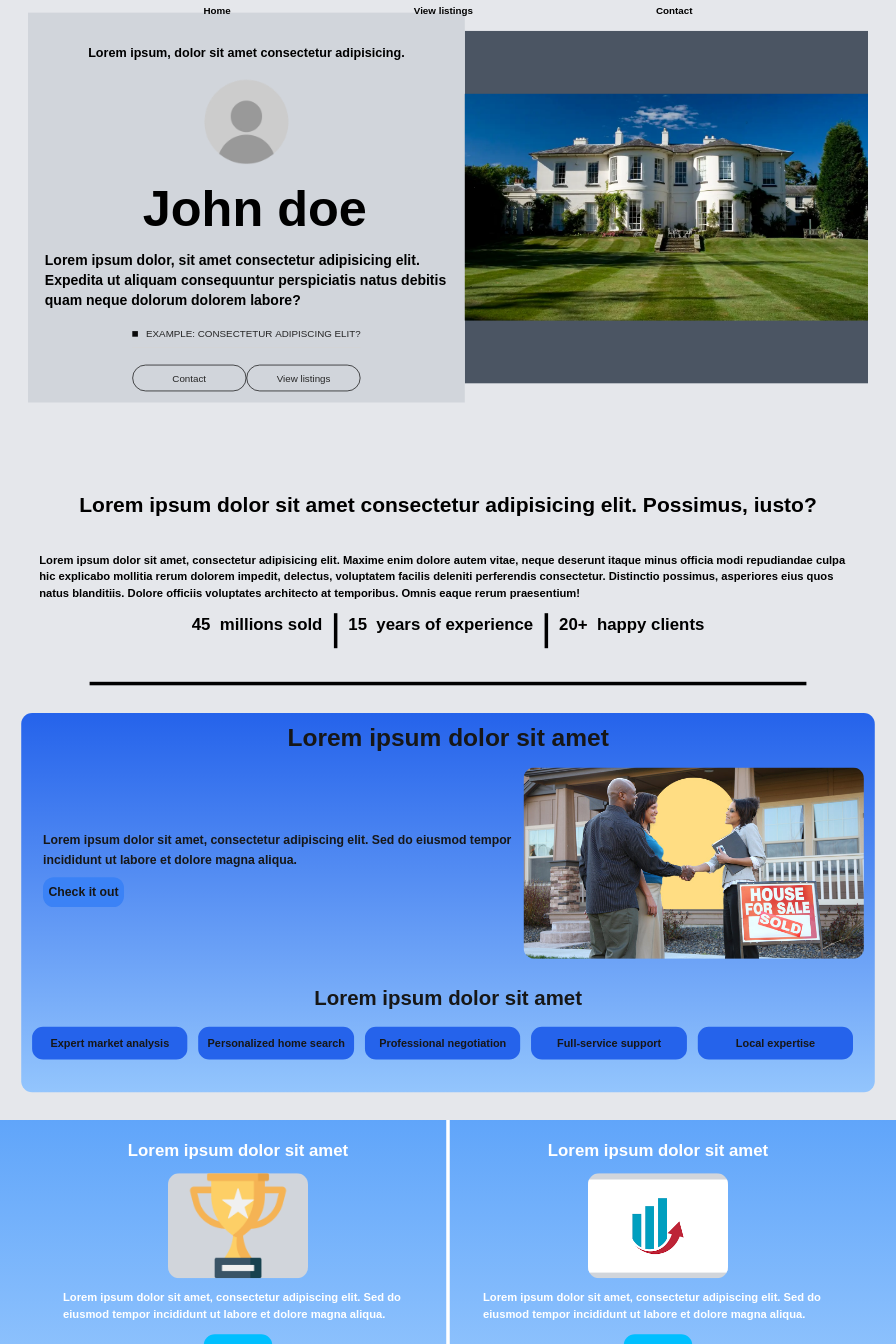
Repository: TMuse333/single-page-real-estate
Page: / (app in frontend/)
These files come from the project's save history. The page is drawn as it stood at one moment and after the next save; the edit follows.
The browser window is 1280 px wide. The pictures show the part of the page from y = 0 to 1920 px (the page is 6391 px tall), at 70% of full size.
The project was rebuilt for these pictures with package versions that can differ from the ones it lists, and the page was loaded fresh each time. The framework's server and built-in components were replaced by stand-ins that run in the browser. Also part of the build but not shown: frontend/next.config.mjs.

Above is the page before, as saved 2024-12-05 15:18:15.

After the next save:
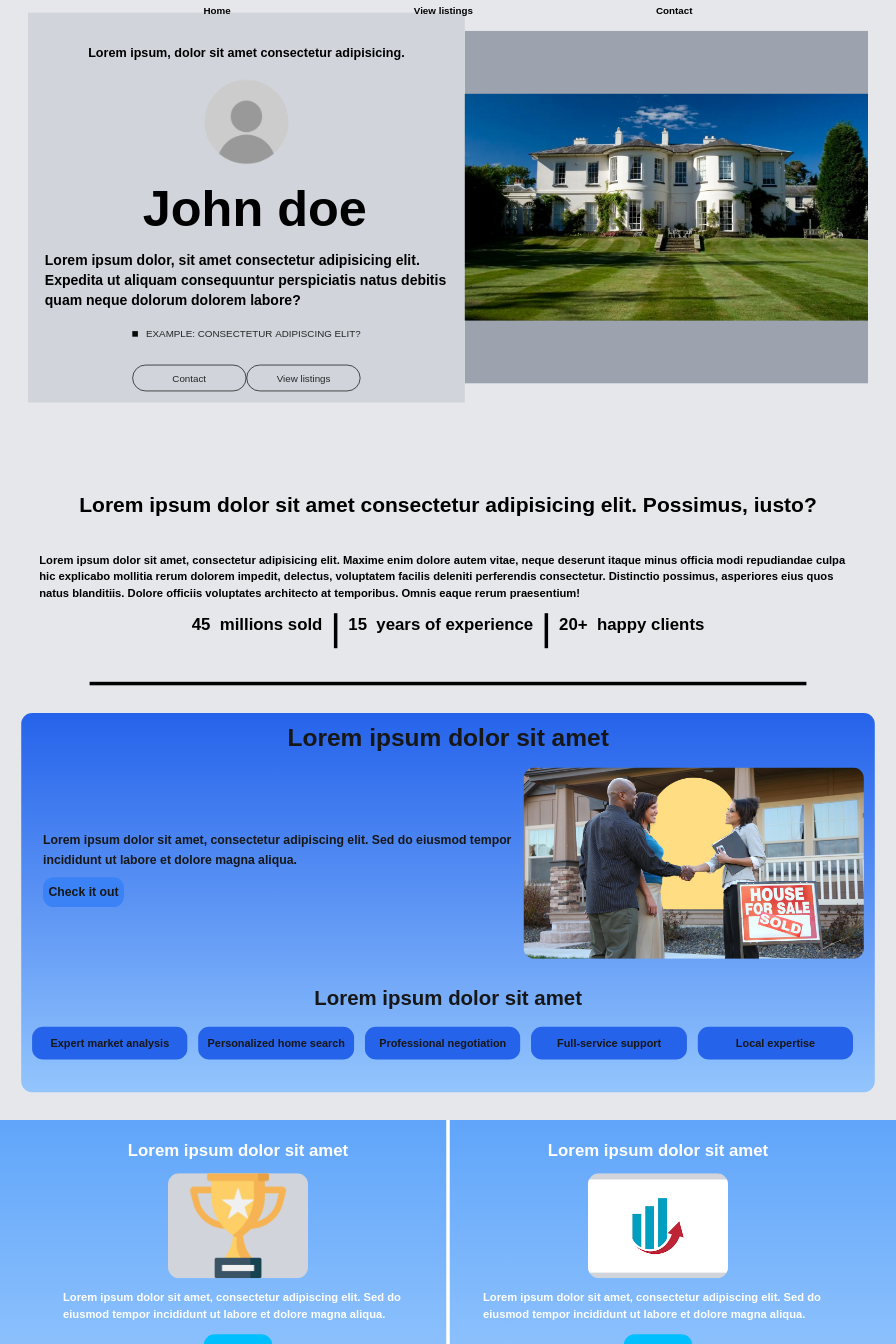
Saved 106 s later.
--- a/frontend/src/components/herobanner/herobanner.tsx
+++ b/frontend/src/components/herobanner/herobanner.tsx
@@ -69,7 +69,7 @@ const Herobanner = () => {
             width={1300}
             alt='A full body image of Thomas Musial'
             className="w-[45vw] hidden  object-contain mx-auto
- bg-gray-600  md:block h-[70vh]
+ bg-gray-400  md:block h-[70vh]
 
 
             "
